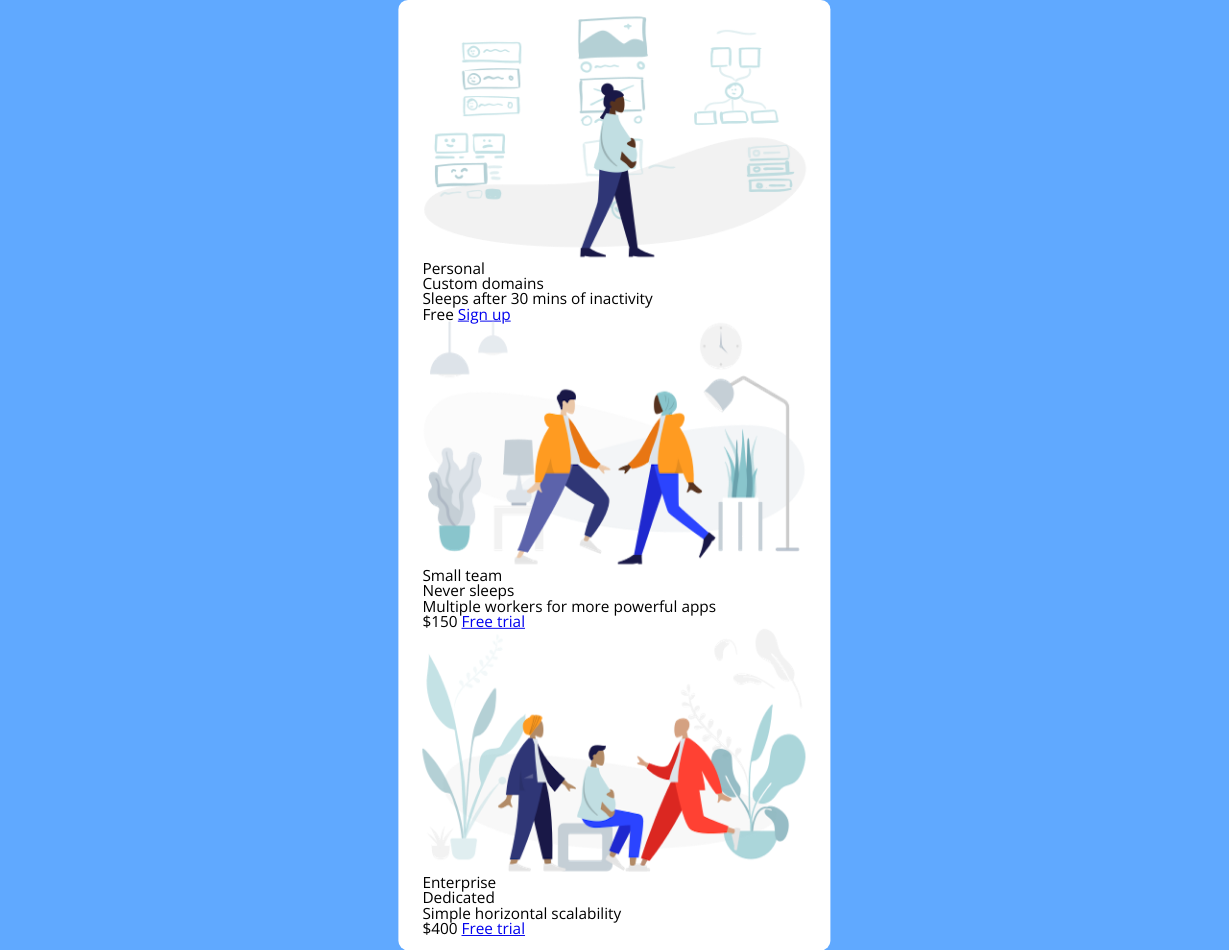
Repository: patrik-fredlund/pricing_panel_udemy
Page: PriceTableStarter/index.html
The author's editor kept a copy of each file at every save. The page is drawn from the files as they stood at one save, then again after the next save.
The browser window is 1280 px wide. The pictures show the whole page, at 96% of full size.

Above is the page before, as saved 2021-06-27 13:19:09.

### PriceTableStarter/index.html
<!DOCTYPE html>
<html lang="en">

<head>
    <meta charset="UTF-8">
    <meta name="viewport" content="width=device-width, initial-scale=1.0">
    <title>Price Tiers</title>
    <link rel="stylesheet" href="https://fonts.googleapis.com/css?family=Open+Sans:400,600,700">
    <link rel="stylesheet" href="app.css">
</head>

<body>
    <div class="panel pricing-table">

        <div class="pricing-plan">
            <img src="icons/icon1.png" alt="" class="pricing-img">
            <h2 class="pricing-header">Personal</h2>
            <ul class="pricing-features">
                <li class="pricing-features-item">Custom domains</li>
                <li class="pricing-features-item">Sleeps after 30 mins of inactivity</li>
            </ul>
            <span class="pricing-price">Free</span>
            <a href="#/" class="pricing-button">Sign up</a>
        </div>

        <div class="pricing-plan">
            <img src="icons/icon2.png" alt="" class="pricing-img">
            <h2 class="pricing-header">Small team</h2>
            <ul class="pricing-features">
                <li class="pricing-features-item">Never sleeps</li>
                <li class="pricing-features-item">Multiple workers for more powerful apps</li>
            </ul>
            <span class="pricing-price">$150</span>
            <a href="#/" class="pricing-button is-featured">Free trial</a>
        </div>

        <div class="pricing-plan">
            <img src="icons/icon3.png" alt="" class="pricing-img">
            <h2 class="pricing-header">Enterprise</h2>
            <ul class="pricing-features">
                <li class="pricing-features-item">Dedicated</li>
                <li class="pricing-features-item">Simple horizontal scalability</li>
            </ul>
            <span class="pricing-price">$400</span>
            <a href="#/" class="pricing-button">Free trial</a>
        </div>

    </div>

</body>

</html>

### PriceTableStarter/app.css
/* http://meyerweb.com/eric/tools/css/reset/
   v2.0 | 20110126
   License: none (public domain)
*/

/* ---------------css reset------------------ */

html, body, div, span, applet, object, iframe,
h1, h2, h3, h4, h5, h6, p, blockquote, pre,
a, abbr, acronym, address, big, cite, code,
del, dfn, em, img, ins, kbd, q, s, samp,
small, strike, strong, sub, sup, tt, var,
b, u, i, center,
dl, dt, dd, ol, ul, li,
fieldset, form, label, legend,
table, caption, tbody, tfoot, thead, tr, th, td,
article, aside, canvas, details, embed,
figure, figcaption, footer, header, hgroup,
menu, nav, output, ruby, section, summary,
time, mark, audio, video {
	margin: 0;
	padding: 0;
	border: 0;
	font-size: 100%;
	font: inherit;
	vertical-align: baseline;
}
/* HTML5 display-role reset for older browsers */
article, aside, details, figcaption, figure,
footer, header, hgroup, menu, nav, section {
	display: block;
}
body {
	line-height: 1;
}
ol, ul {
	list-style: none;
}
blockquote, q {
	quotes: none;
}
blockquote:before, blockquote:after,
q:before, q:after {
	content: '';
	content: none;
}
table {
	border-collapse: collapse;
	border-spacing: 0;
}


/* ------------------------------------------- */

html {
    box-sizing: border-box;
    font-family: 'Open Sans', sans-serif;
}

body {
    background-color: #60a9ff;
    display: flex;
    justify-content: center;
    align-items: center;
    min-height: 100vh;
}

.panel {
    background-color: white;
    border-radius: 10px;
    padding: 15px 25px;
}

After the next save:
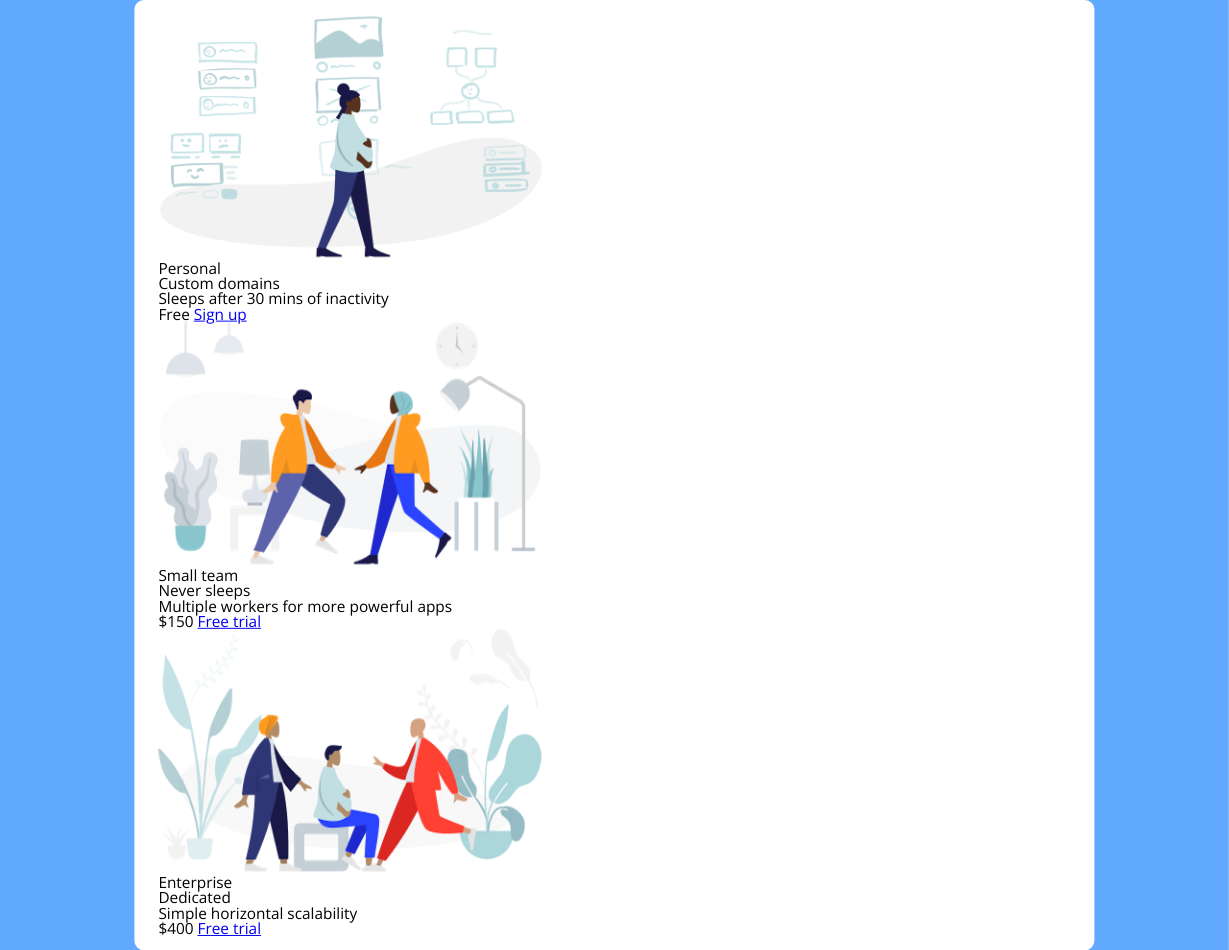
Saved 26 s later.
--- a/PriceTableStarter/app.css
+++ b/PriceTableStarter/app.css
@@ -69,4 +69,6 @@ body {
     background-color: white;
     border-radius: 10px;
     padding: 15px 25px;
+    width: 100%;
+    max-width: 950px;
 }
